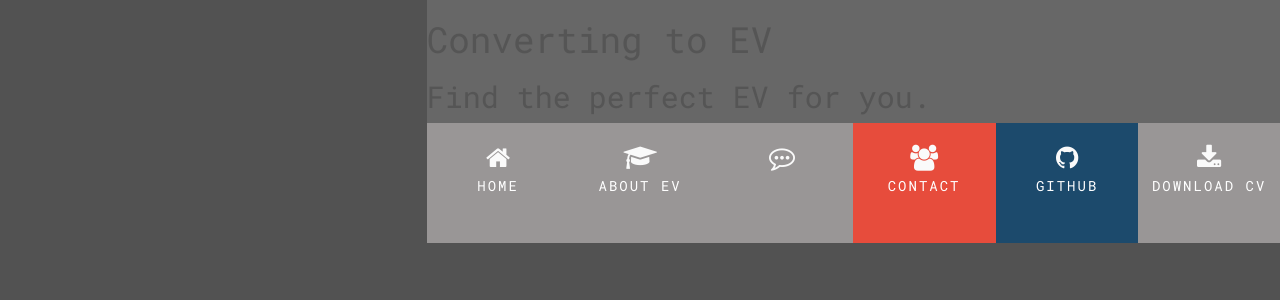
Repository: gnisco/2nd-project
Page: index.html
The author's editor kept a record of every edit. The page is drawn from the files as they stood at one moment, then again after the next edit.
The browser window is 1280 px wide. The pictures show the whole page.
Some web libraries are served in a nearby version.

Above is the page before.

### index.html
<!DOCTYPE html>
<html lang="en">
<head>
    <link rel="stylesheet" href="https://maxcdn.bootstrapcdn.com/bootstrap/3.3.7/css/bootstrap.min.css" type="text/css" />
    <link rel="stylesheet" href="https://maxcdn.bootstrapcdn.com/font-awesome/4.7.0/css/font-awesome.min.css" type="text/css" />
    <link rel="stylesheet" href="https://cdnjs.cloudflare.com/ajax/libs/hover.css/2.1.1/css/hover-min.css" type="text/css" />
    <link rel="stylesheet" href="assets/css/style.css" type="text/css" />
    <title>Convert to EV</title>
</head>

<body>
    <header class="container-fluid">
        <div class="row">
            <a href="index.html">
                <div class="col-md-4 logo"></div>
            </a>
            <div class="col-md-8">
                <div class="row bg-color-name-title">
                    <div class="heading">
                        <h1 class="name">Converting to EV</h1>
                        <h2 class="title">Find the perfect EV for you.</h2>
                    </div>
                </div>
                <div class="row">
                    <ul id="nav" class="list-inline clearfix">
                        <li class="col-xs-6 col-sm-2 ui-menu-color-home menuitem">
                            <a href="index.html" class="hvr-sweep-to-bottom"><i class="fa fa-home" aria-hidden="true"></i><span>Home</span></a>
                        </li>
                        <li class="col-xs-6 col-sm-2 ui-menu-color-resume menuitem">
                            <a href="resume.html" class="hvr-sweep-to-bottom"><i class="fa fa-graduation-cap" aria-hidden="true"></i><span>About EV</span></a>
                        </li>
                        <li class="col-xs-6 col-sm-2 ui-menu-color-contact menuitem">
                            <a href="contact.html" class="hvr-sweep-to-bottom"><i class=" fa fa-commenting-o" aria-hidden="true"></i><span></span></a>
                        </li>
                        <li class="col-xs-6 col-sm-2 ui-menu-color-interests menuitem">
                            <a href="interests.html" class="hvr-sweep-to-bottom"><i class="fa fa-users" aria-hidden="true"></i><span>Contact</span></a>
                        </li>
                        <li class="col-xs-6 col-sm-2 ui-menu-color-github menuitem">
                            <a href="github.html" class="hvr-sweep-to-bottom"><i class="fa fa-github" aria-hidden="true"></i><span>GitHub</span></a>
                        </li>
                        <li class="col-xs-6 col-sm-2 ui-menu-color-download menuitem">
                            <a href="assets/cv/sample-cv.pdf" target="_blank" class="hvr-sweep-to-bottom"><i class="fa fa-download" aria-hidden="true"></i><span>Download CV</span></a>
                        </li>
                    </ul>
                </div>
            </div>
        </div>
    </header>

</body>
</html>

### assets/css/style.css
@import url('https://fonts.googleapis.com/css?family=Roboto+Mono&display=swap');

#nav {
    margin: 0;
}

#nav li {
    padding: 0;
}

.menuitem {
    height: 120px;
    text-align: center;
    padding: 0;
}

.menuitem a {
    width: 100%;
    text-decoration: none;
    color: #ffffff;
    height: 120px;
}


.menuitem a i {
    padding-top: 22px;
    display: block;
    color: #fafafa;
    font-size: 26px;
}

.menuitem span {
    display: block;
    width: 100%;
    padding-top: 5px;
    text-align: center;
    text-transform: uppercase;
    font-size: 14px;
    font-weight: 300;
    letter-spacing: 2px;
}


/*--------------------------------------------Hover.css*/

.hvr-sweep-to-bottom:before {
    background: rgba(0, 0, 0, 0.2);
    height: 120px;
}

/*--------------------------------------------Colors*/

.bg-color-name-title {
    background-color: #676767;
}

.bg-color-three-reasons {
    background-color: #ffffff;
}

.bg-color-personal-info {
    background-color: #f4f4f4;
}

.bg-color-skills {
    background-color: #ffffff;
}

.bg-color-work-history {
    background-color: #9b59b6;
}

.bg-color-contact {
    background-color: #ffffff;
}

.bg-color-conferences {
    background-color: #f4f4f4;
}

.bg-color-groups {
    background-color: #ffffff;
}

.ui-menu-color-home {
    background-color: #999696;
}

.ui-menu-color-resume {
    background-color: #999696;
}

.ui-menu-color-contact {
    background-color: #999696;
}

.ui-menu-color-download {
    background-color: #999696;
}


.ui-menu-color-github {
    background-color: #1c4a6c;
}

.ui-menu-color-interests {
    background-color: #e74c3c;
}




body {
    font-family: Roboto Mono, sans-serif;
    font-weight: 200;
    background-color: #525252;
    color: #555555;
}

After the next edit:
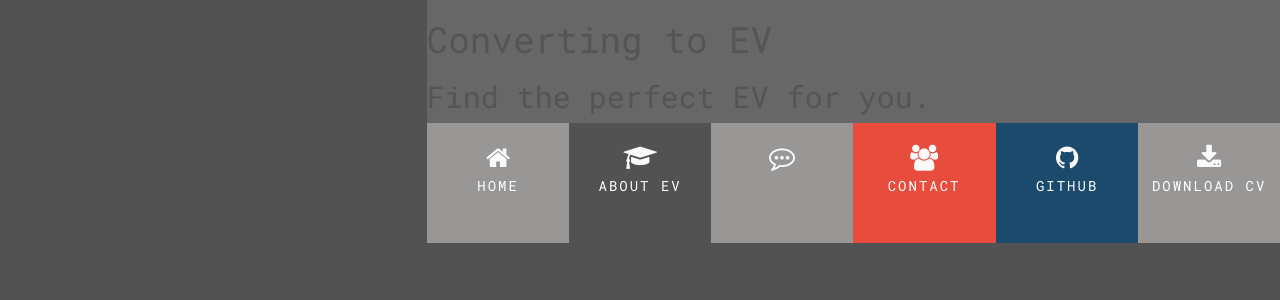
The edit:
--- a/assets/css/style.css
+++ b/assets/css/style.css
@@ -86,7 +86,7 @@
     background-color: #999696;
 }
 
-.ui-menu-color-resume {
+.ui-menu-color-why-switch {
     background-color: #999696;
 }
 
